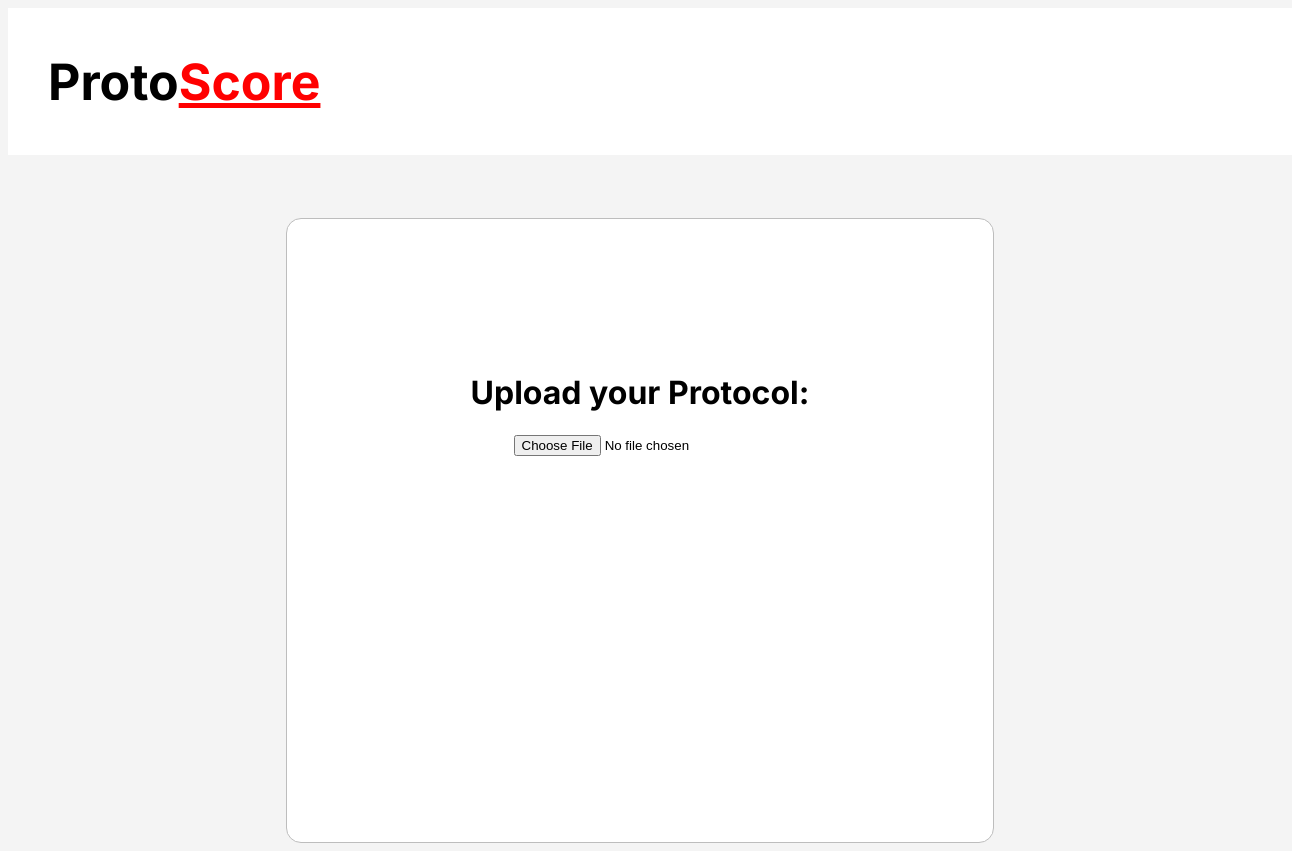
Repository: evanc108/Regeneron2024
Page: / (app in regeneron/)
These files come from the project's save history. The page is drawn as it stood at one moment and after the next save; the edit follows.
The browser window is 1280 px wide. The page is 1292 px wide, so the pictures cover 1292 px, including what lies to the right of the window. The pictures show the whole page.
The project was rebuilt for these pictures with package versions that can differ from the ones it lists, and the page was loaded fresh each time.

Above is the page before, as saved 2024-05-14 01:48:10.

After the next save:
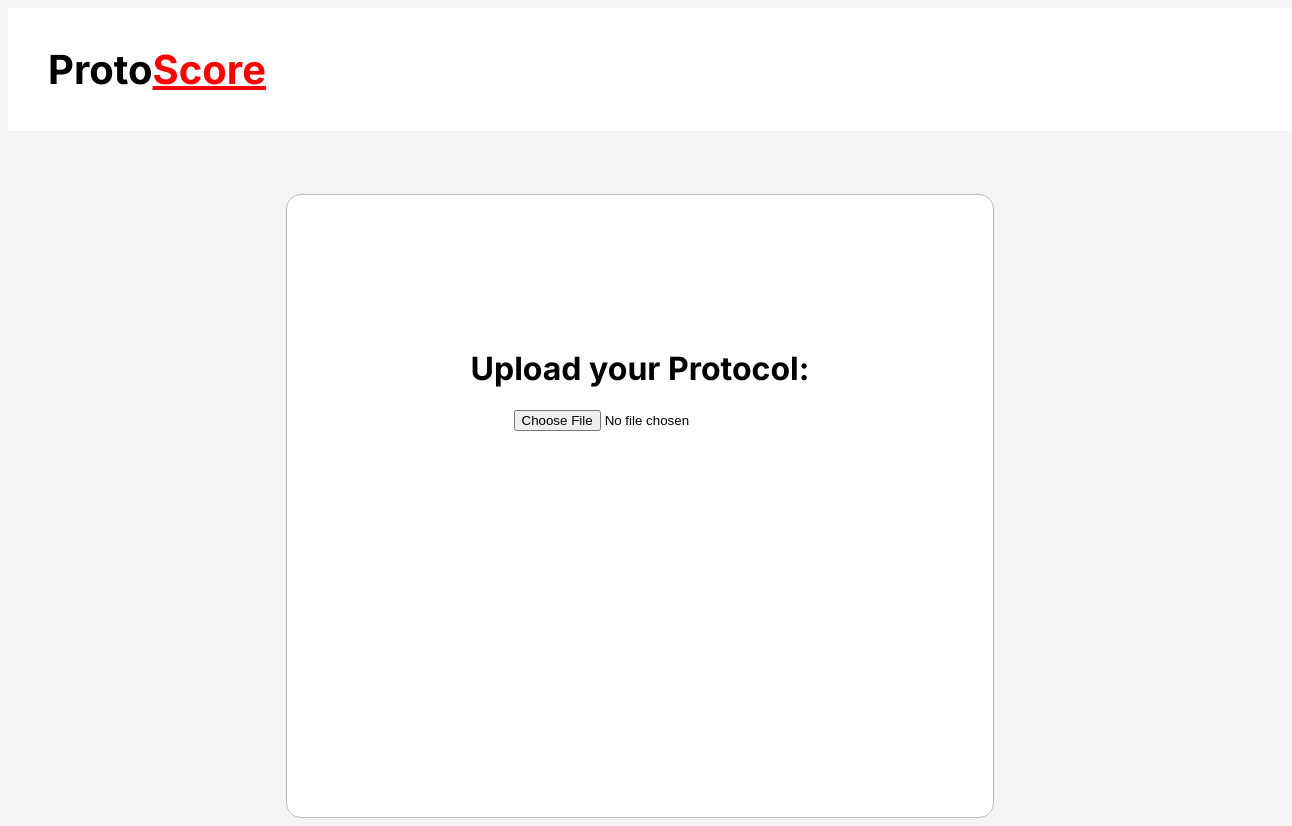
Saved 9 s later.
--- a/regeneron/src/App.js
+++ b/regeneron/src/App.js
@@ -7,7 +7,7 @@ function App() {
   return (
     <div className="App">
       <div style={{backgroundColor: "white", width: "100%", padding: "10px"}}>
-        <h1 style={{ marginLeft: "30px", fontSize: "50px", textAlign: "left"}}>
+        <h1 style={{ marginLeft: "30px", fontSize: "40px", textAlign: "left"}}>
           <span style={{color: "black"}}>Proto</span>
           <span style={{color: "red", textDecoration: "underline"}}>Score</span>
         </h1>
